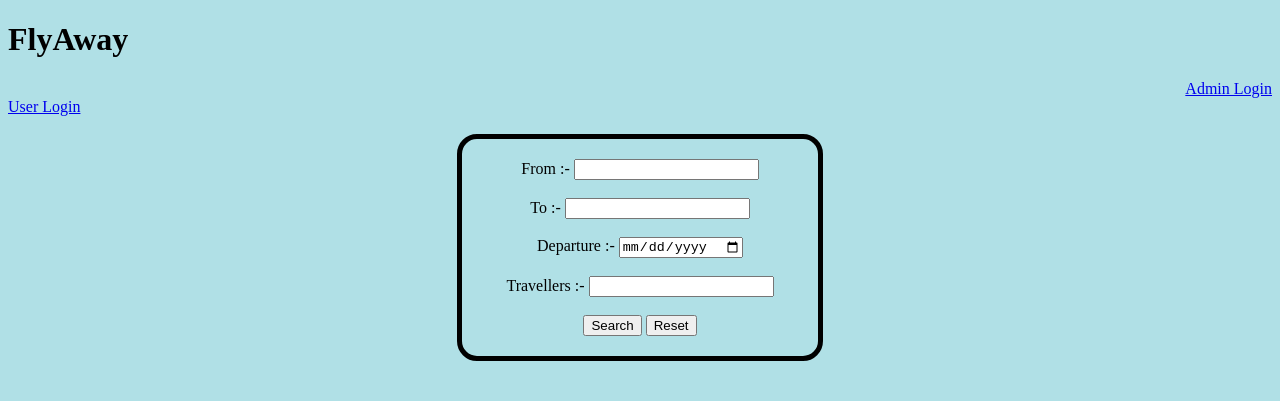
Repository: Kishore-kj/PhaseTwo
Page: http://localhost/FlyAway/HomePage.jsp
An editor plug-in stored every save of this project. The page is shown before and after the next save, followed by the edit.
The browser window is 1280 px wide. The pictures show the whole page.
The page is served by Tomcat 9. Other server files are loaded and not shown.

Above is the page before, as saved 2022-08-13 09:16:28.

### FlyAway/src/main/webapp/HomePage.jsp
<%@ page language="java" contentType="text/html; charset=ISO-8859-1"
    pageEncoding="ISO-8859-1"%>
    <%@ page import = "java.util.*" %>

<!DOCTYPE html>
<html>
<head>
<meta charset="ISO-8859-1">
<title>Parakkurom..</title>

</head>
<body style="background-color:powderblue;">
<h1>FlyAway</h1>

<div align="right">
<a href="AdminPage.jsp">Admin Login</a>
</div>
<%
	@SuppressWarnings("unchecked")
	HashMap<String,String> user=(HashMap<String,String>)session.getAttribute("user");
	if(user!=null){
%>
<p>Welcome <%=user.get("name") %></p>
<a href="Logout">Logout</a>
<%
	}else{
%>
<a href=UserPage.jsp>User Login</a>
<%
	}
%>
<br><br>
<center>
<div style="border:5px solid black;width:25%;border-radius:20px;padding:20px" align="center">
<form action=FlightList method=post>
	<label for=from>From :-</label> <input type=text name=from id=from/><br><br>
	<label for=to>To :-</label> <input type=text name=to id=to/><br><br>
	<label for=departure>Departure :-</label> <input type=date name=departure id=departure/><br><br>
	<label for=travellers>Travellers :-</label> <input type=number name=travellers id=travellers/><br><br>
	<input type=submit value=Search /> <input type=reset />
</form>
</div>
</center>
</body>
</html>

After the next save:
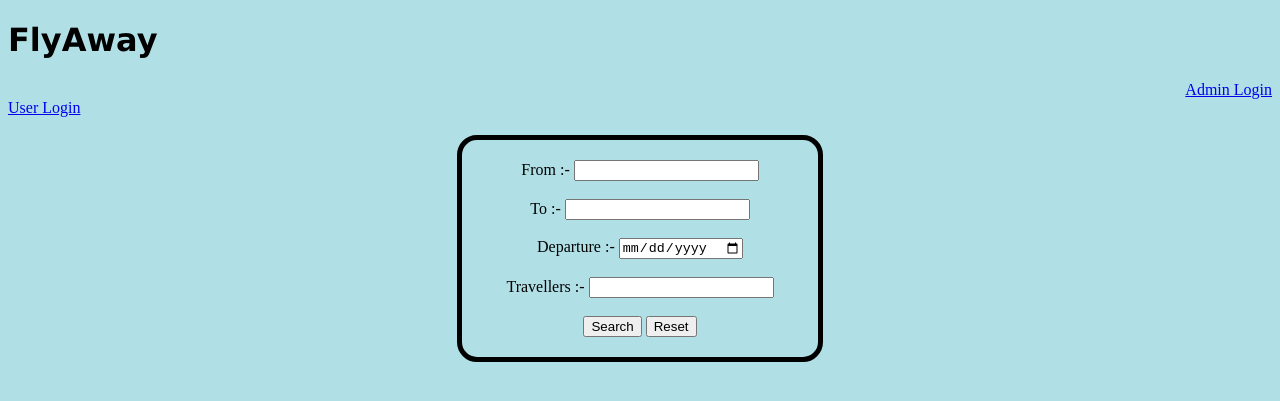
Saved 76 s later.
--- a/FlyAway/src/main/webapp/HomePage.jsp
+++ b/FlyAway/src/main/webapp/HomePage.jsp
@@ -10,7 +10,7 @@
 
 </head>
 <body style="background-color:powderblue;">
-<h1>FlyAway</h1>
+<h1 style="font-family:verdana;">FlyAway</h1>
 
 <div align="right">
 <a href="AdminPage.jsp">Admin Login</a>
